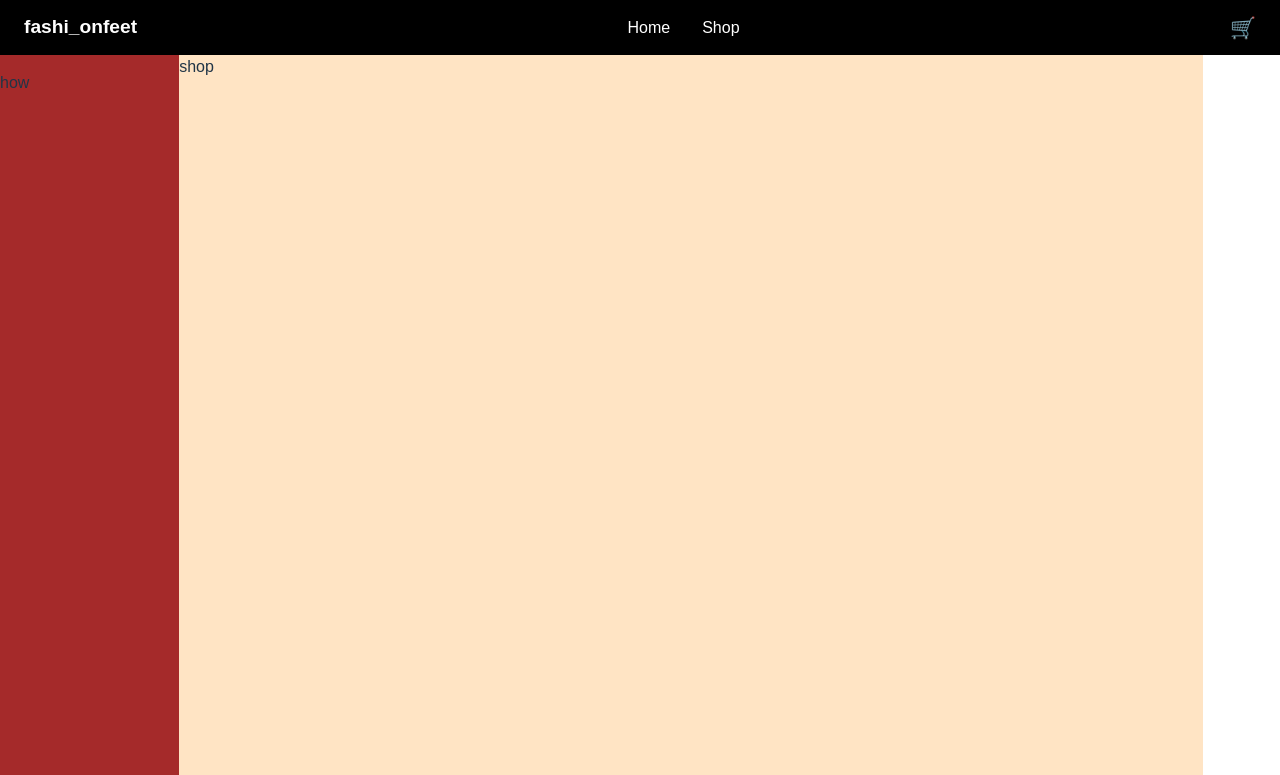
Repository: EphrahimLaanyu123/fashi_onfeet
Page: /shop
The author's editor kept a copy of each file at every save. The page is drawn from the files as they stood at one save, then again after the next save.
The browser window is 1280 px wide. The pictures show the whole page.
The project was rebuilt for these pictures with package versions that can differ from the ones it lists, and the page was loaded fresh each time. Also part of the build but not shown: vite.config.js, src/Home/Home.jsx, src/Home/components/Products.css, src/Home/components/Products.jsx, src/Shop/components/supabaseClient.js, src/Shop/components/AddForm.css, src/Shop/components/AddProductForm.jsx.

Above is the page before, as saved 2025-04-18 20:38:56.

After the next save:
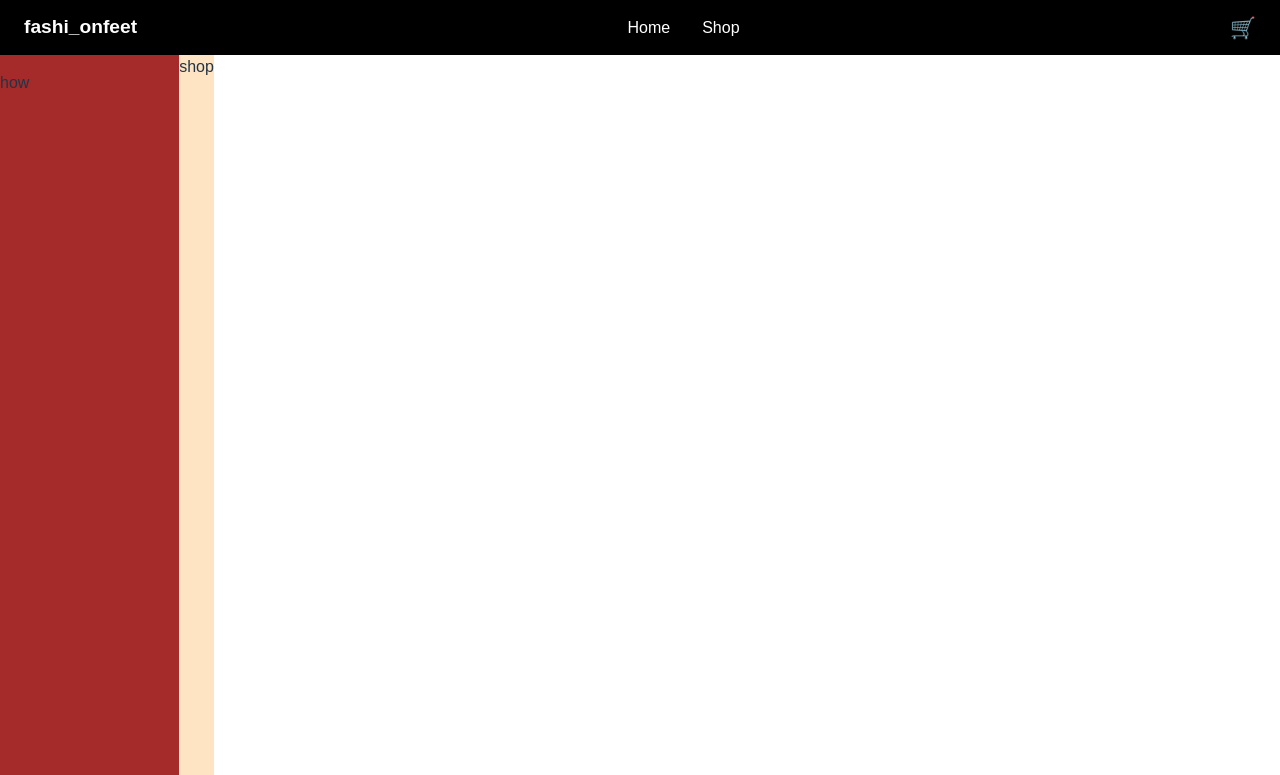
Saved 7 s later.
--- a/src/Shop/Shop.css
+++ b/src/Shop/Shop.css
@@ -20,6 +20,6 @@ body, html {
 }
 
 .products-page {
-    width: 80%;
+    width: %;
     background-color: bisque;
 }
